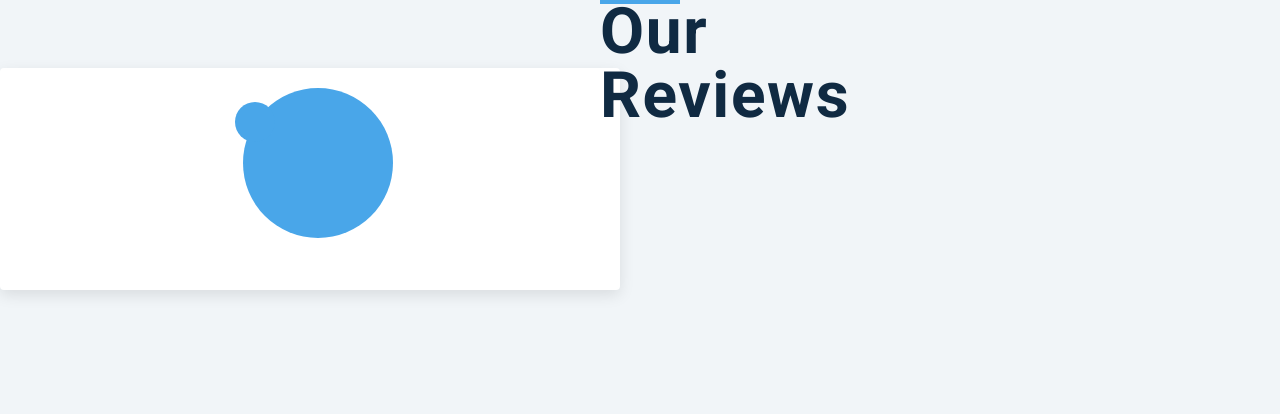
Repository: hseunghwan/practice-vanilla-javascript
Page: Carousel/Carousel.html
The author's editor kept a copy of each file at every save. The page is drawn from the files as they stood at one save, then again after the next save.
The browser window is 1280 px wide. The pictures show the whole page.

Above is the page before, as saved 2023-05-10 20:20:17.

After the next save:
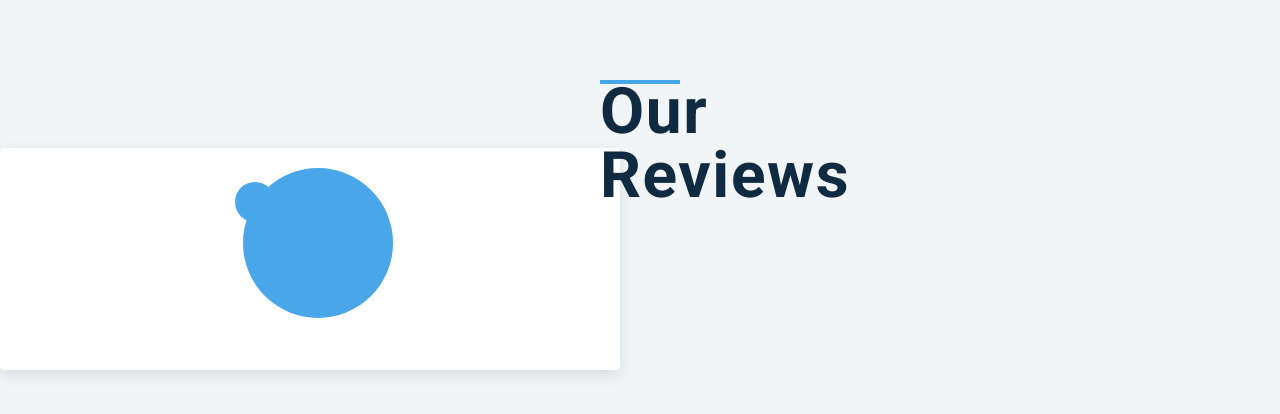
Saved 2 min 44 s later.
--- a/Carousel/Carousel.html
+++ b/Carousel/Carousel.html
@@ -6,11 +6,13 @@
         <script src="app.js"></script>
     </head>
     <body>
-        <div class="main">
-            <h1 class="title underline">Our Reviews</h1>
-            <div class="container">
-                <div class="review">
-                    <div class="img-container"></div>
+        <div class="section">
+            <div class="main">
+                <h1 class="title underline">Our Reviews</h1>
+                <div class="container">
+                    <div class="review">
+                        <div class="img-container"><img</div>
+                    </div>
                 </div>
             </div>
         </div>
